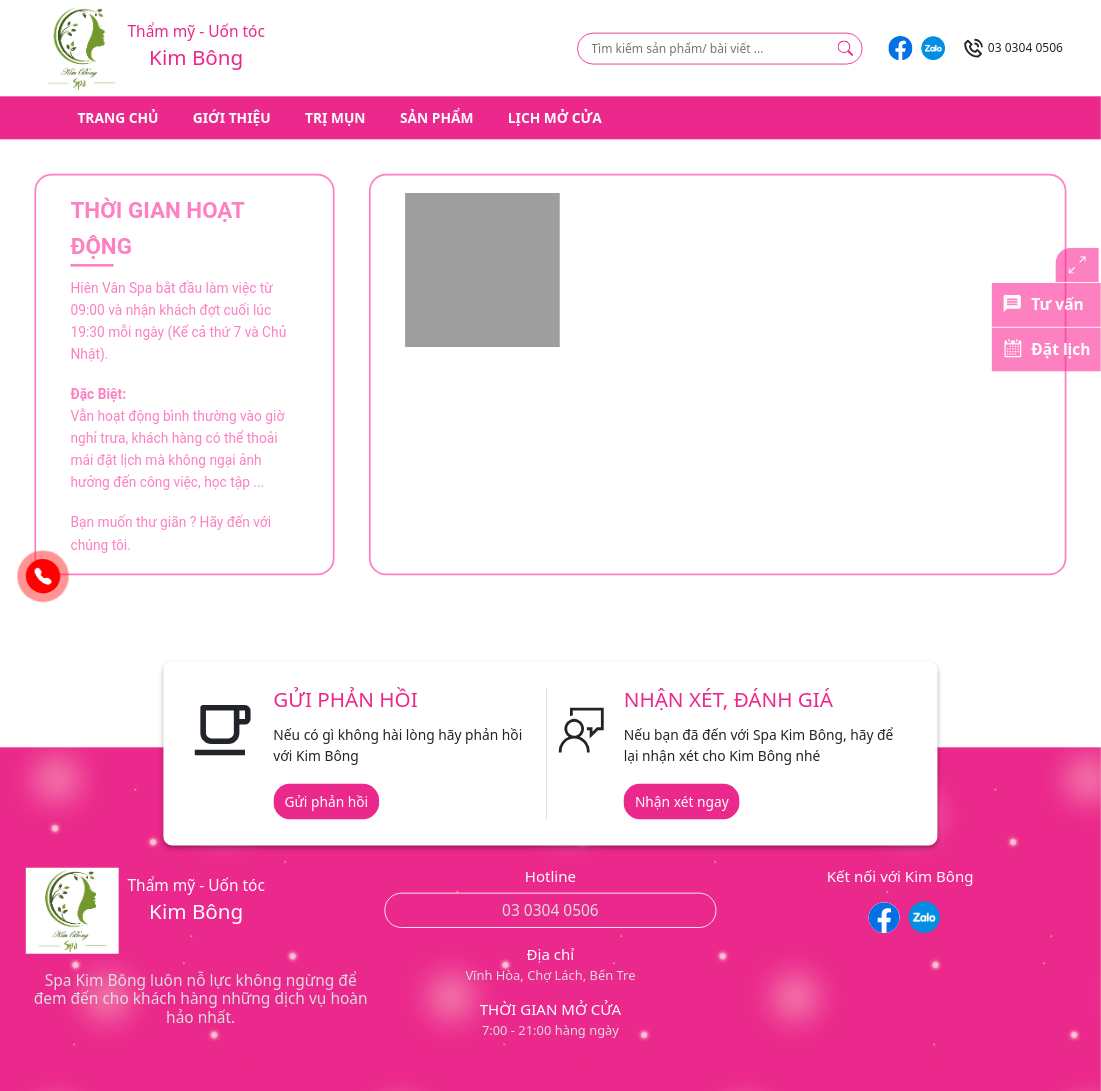
Repository: tranduykhuong/SpaKimBong
Page: /calendar
These files come from the project's save history. The page is drawn as it stood at one moment and after the next save; the edit follows.
The browser window is 1280 px wide. The pictures show the whole page, at 86% of full size.
Pictures or frames that could not be fetched are drawn as grey boxes. The project was rebuilt for these pictures with package versions that can differ from the ones it lists, and the page was loaded fresh each time. Also part of the build but not shown: src/components/Banner/banner.scss, src/components/Banner/Banner.js, src/pages/Home/home.scss, src/pages/Home/ListImage/listImage.scss, src/pages/Home/ListImage/ListImage.js, src/pages/Home/BookOnline/bookOnl.scss, src/pages/Home/BookOnline/Modal/ModalBook/modalbook.scss, src/pages/Home/BookOnline/Modal/ModalBook/modalbook.js and 24 more.

Above is the page before, as saved 2022-06-06 23:52:45.

After the next save:
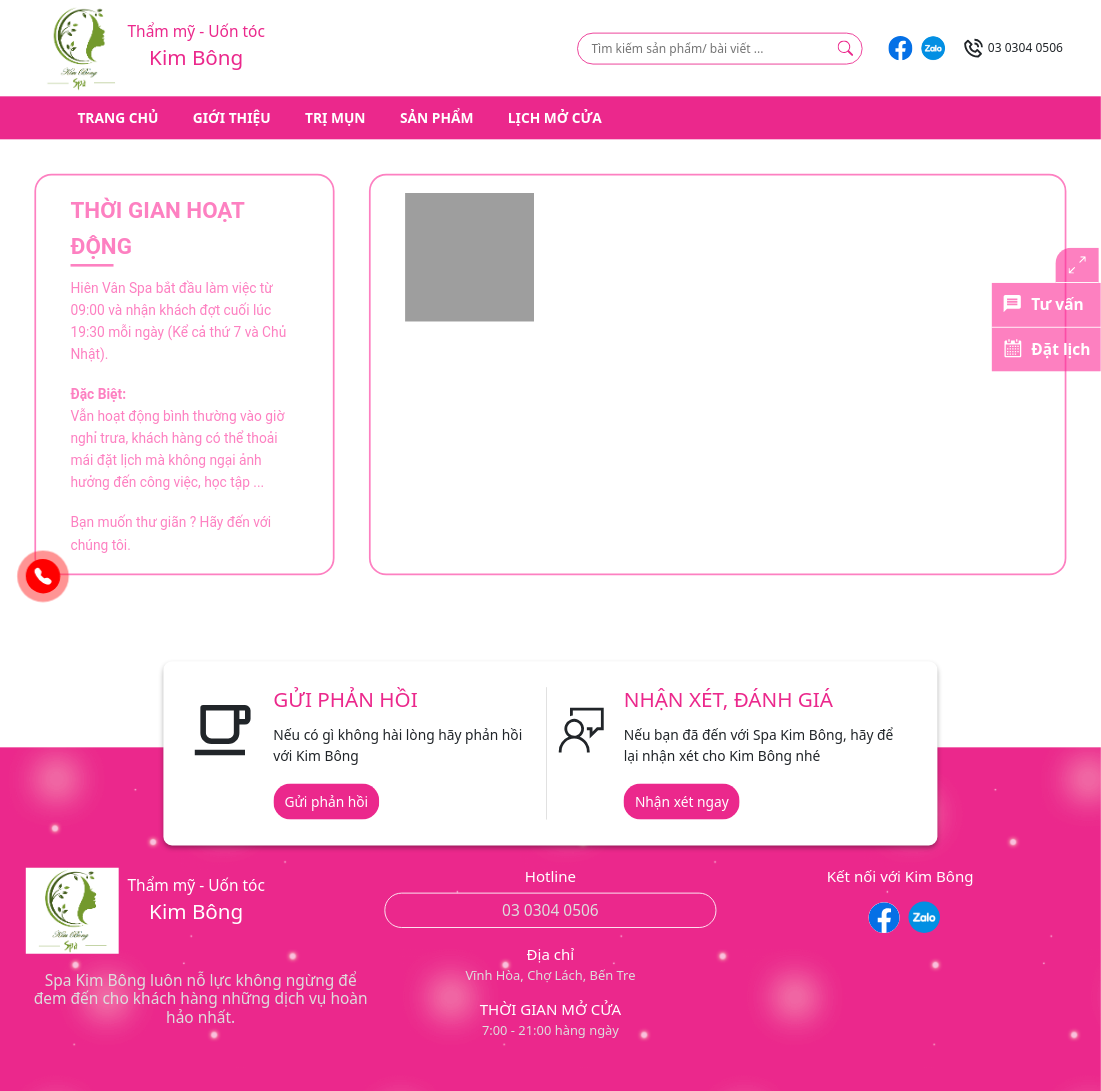
Saved 14 s later.
--- a/src/pages/Calendar/Calendar.js
+++ b/src/pages/Calendar/Calendar.js
@@ -27,8 +27,8 @@ const Calendar = () => {
               <div className="calendar-boxs">
                 <div className="calendar-box">
                   <img
-                    width={180}
-                    height={180}
+                    width={150}
+                    height={150}
                     src="https://www.mindalife.vn/wp-content/uploads/2020/05/mau-thoi-gian-bieu-hoc-tap.jpg"
                   ></img>
                 </div>
